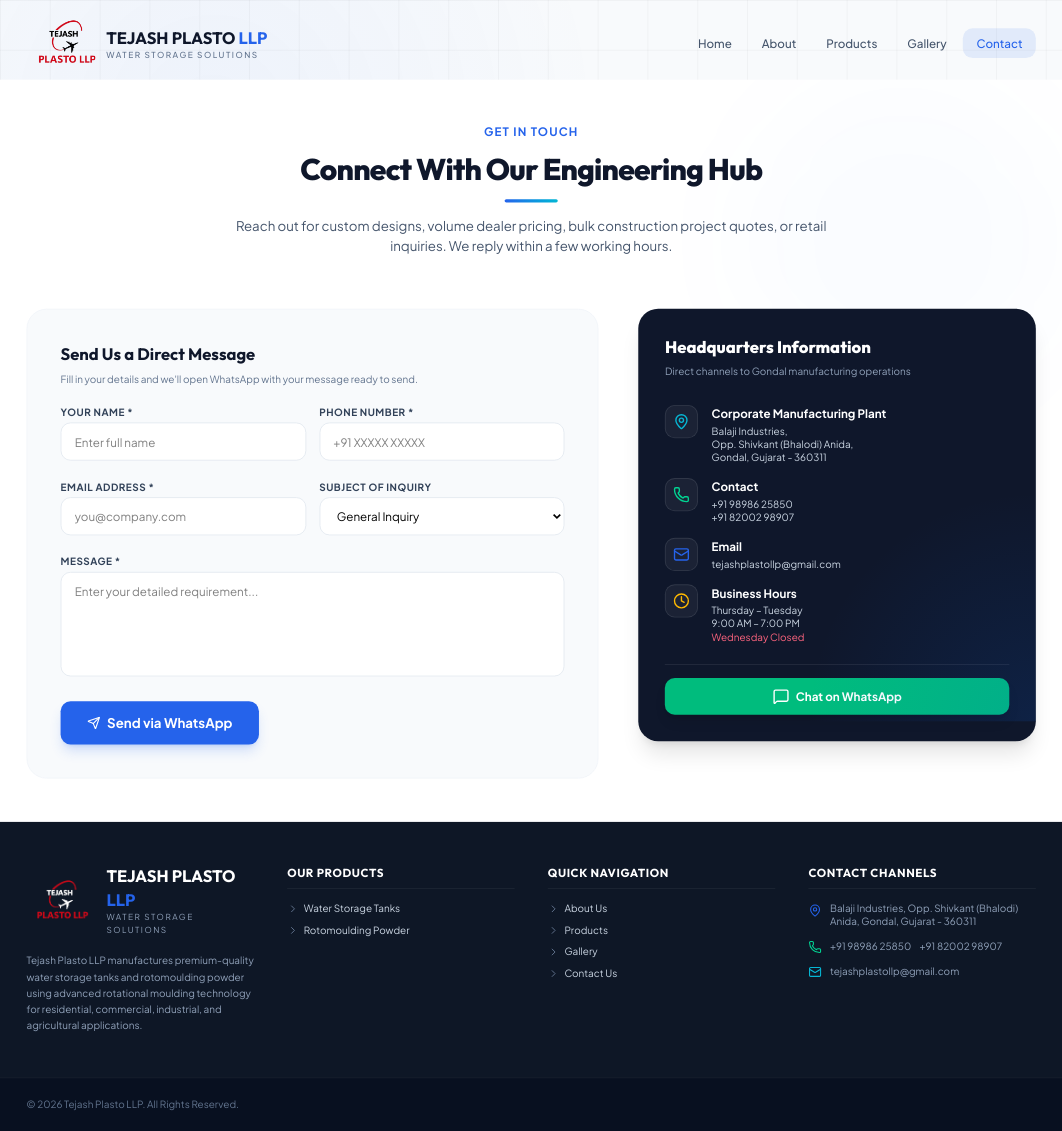
Repository: NikunjRajpara/TejasPlasto
Page: /contact
The author's editor kept a copy of each file at every save. The page is drawn from the files as they stood at one save, then again after the next save.
The browser window is 1280 px wide. The pictures show the whole page, at 83% of full size.
The project was rebuilt for these pictures with package versions that can differ from the ones it lists, and the page was loaded fresh each time. Also part of the build but not shown: vite.config.js, src/components/Hero.jsx, src/data.js, src/components/CompanyOverview.jsx, src/components/ProductCategories.jsx, src/components/WhyChooseUs.jsx, src/components/ManufacturingProcess.jsx, src/components/Testimonials.jsx and 6 more.

Above is the page before, as saved 2026-07-10 10:23:07.

After the next save:
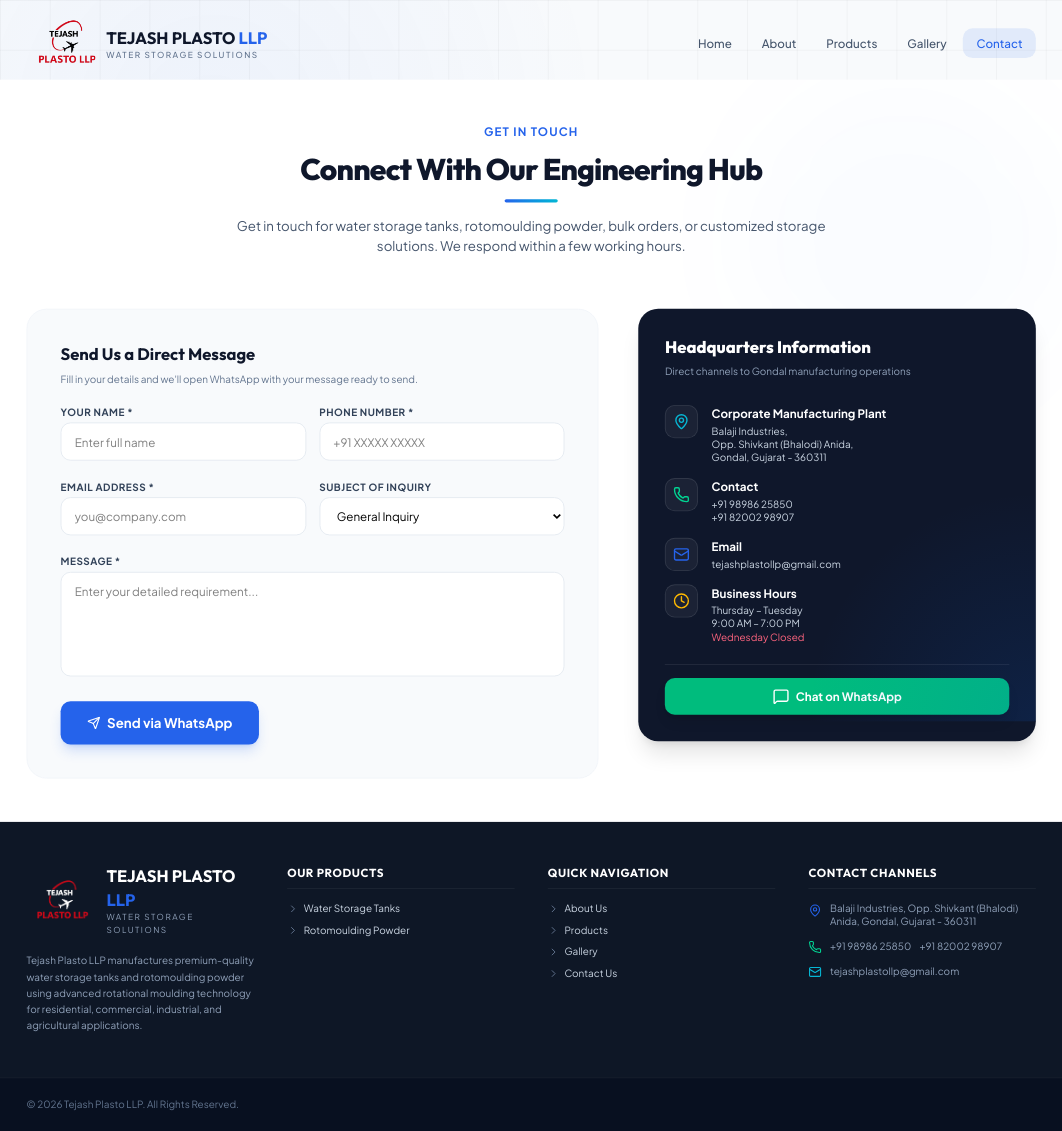
Saved 4 min 8 s later.
--- a/src/components/Contact.jsx
+++ b/src/components/Contact.jsx
@@ -65,9 +65,7 @@
 					<div className="w-16 h-1 bg-gradient-to-r from-primary to-secondary mx-auto rounded" />
 
 					<p className="text-slate-600">
-						Reach out for custom designs, volume dealer pricing, bulk
-						construction project quotes, or retail inquiries. We reply within a
-						few working hours.
+						Get in touch for water storage tanks, rotomoulding powder, bulk orders, or customized storage solutions. We respond within a few working hours.
 					</p>
 				</div>
 
